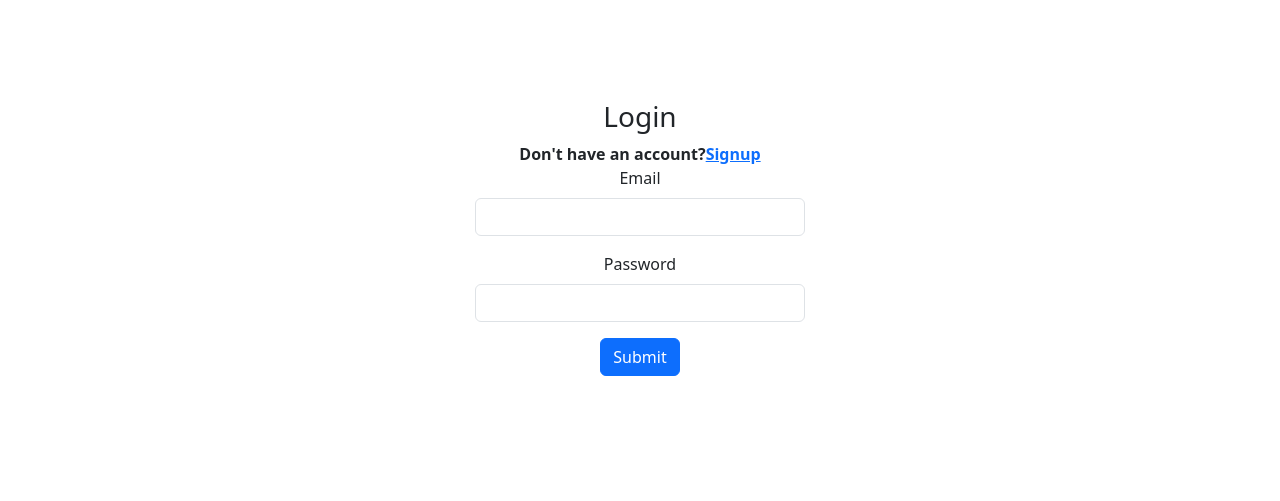
Repository: Manojs14/blob-application
Page: http://localhost/blob_application/login.jsp
An editor plug-in stored every save of this project. The page is shown before and after the next save, followed by the edit.
The browser window is 1280 px wide. The pictures show the whole page.
The page is served by Tomcat 9.

Above is the page before, as saved 2024-07-17 05:26:55.

After the next save:
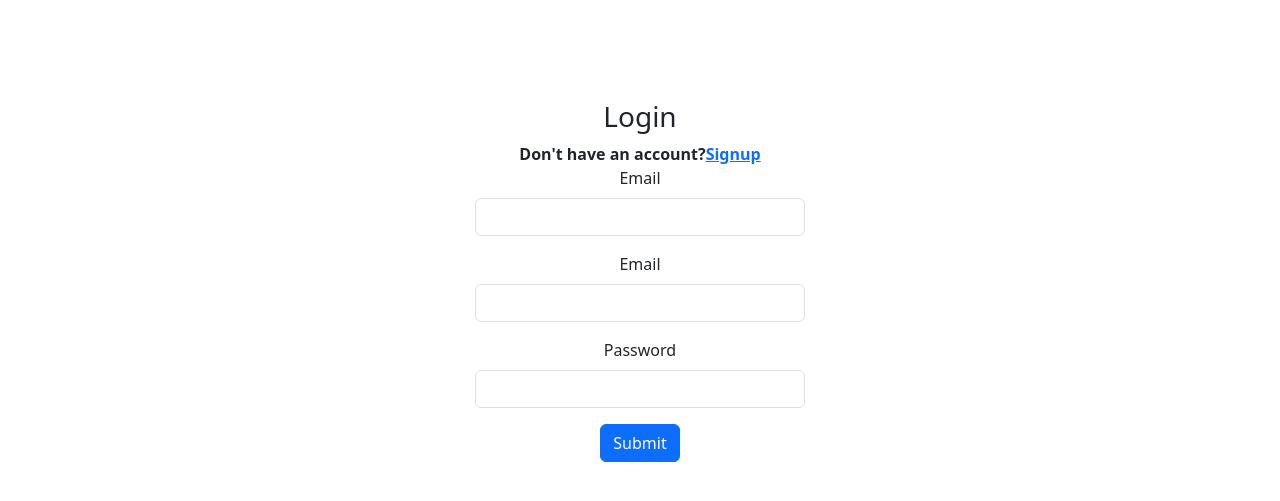
Saved 54 s later.
--- a/blob_application/src/main/webapp/login.jsp
+++ b/blob_application/src/main/webapp/login.jsp
@@ -21,6 +21,11 @@
 	<%System.out.println("line 39 of l.jsp"); %>
 
 				<form action="Login" method="post">
+				<div class="mb-3">
+						<label for="exampleInputName" class="form-label">Email</label> <input
+							type="text" name="email" class="form-control"
+							id="exampleInputName" aria-describedby="NameHelp" required>
+					</div>
 					<div class="mb-3">
 						<label for="exampleInputName" class="form-label">Email</label> <input
 							type="text" name="email" class="form-control"
